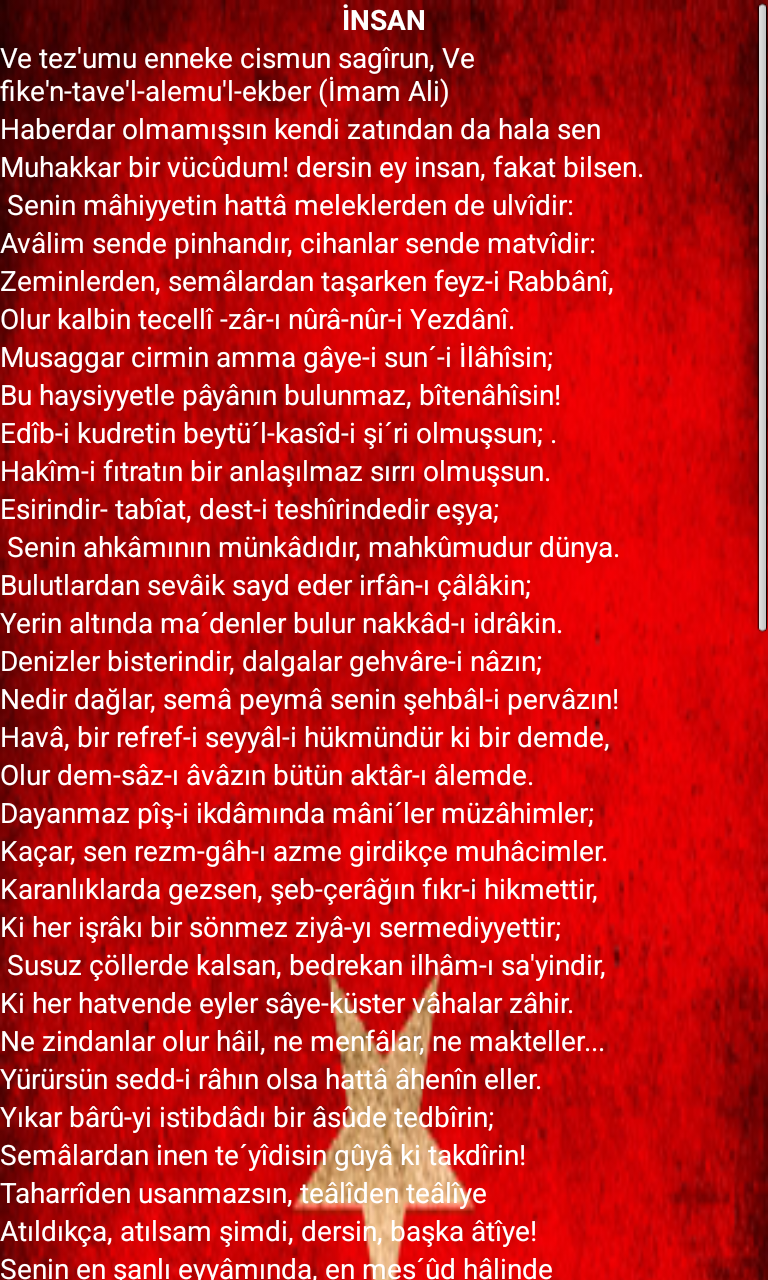
Repository: dokayazilim/Safahat-Android--Uygulamasi
Layout: safahat(android)/Safahat/res/layout/kitap17.xml
These files come from the project's save history. The layout is drawn as it stood at one moment and after the next save; the edit follows.
It is drawn on a 768 x 1280 px phone screen (xhdpi) without system bars, with theme android:Theme; the app's code is not run.

Above is the layout before, as saved 2012-09-06 16:01:06.

After the next save:
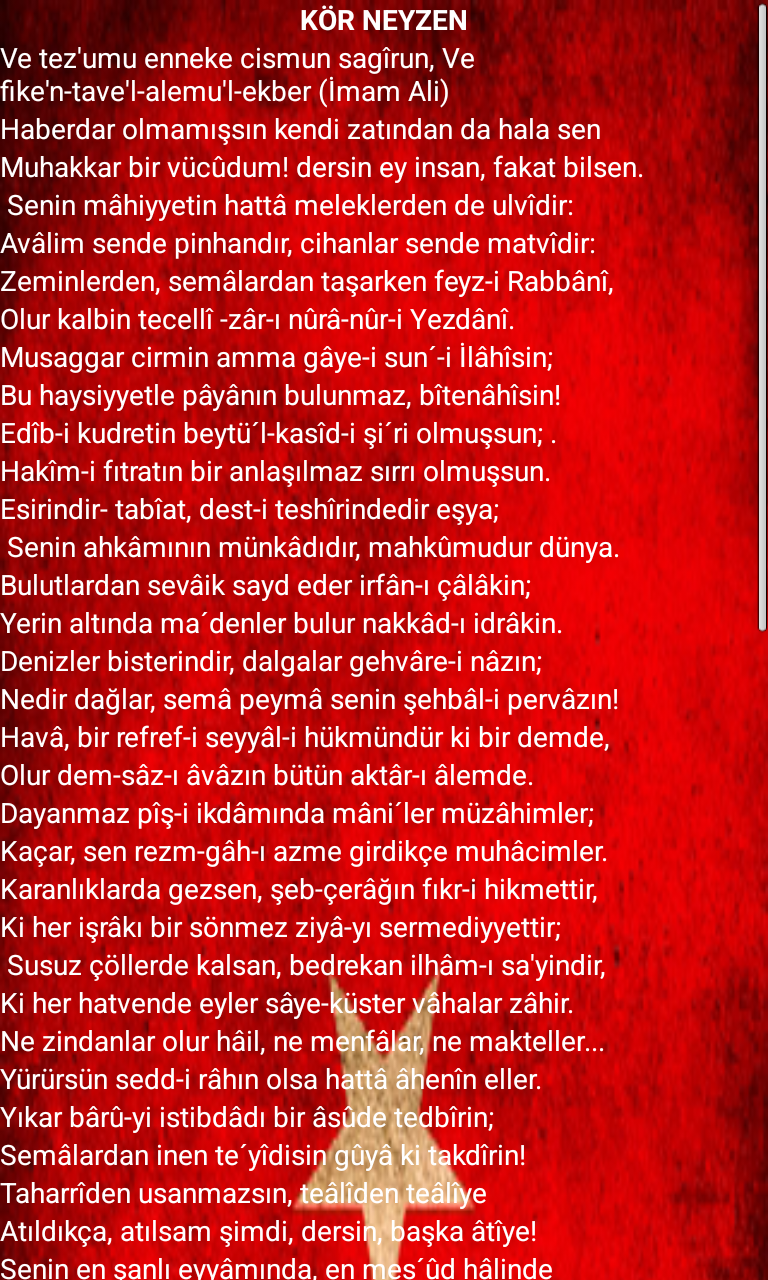
Saved 19 s later.
--- a/safahat(android)/Safahat/res/layout/kitap17.xml
+++ b/safahat(android)/Safahat/res/layout/kitap17.xml
@@ -9,7 +9,7 @@
         android:id="@+id/textView1"
         android:layout_width="wrap_content"
         android:layout_height="wrap_content"
-        android:text="İNSAN" android:textColor="#ffffff" android:textStyle="bold" android:layout_gravity="center"/>
+        android:text="KÖR NEYZEN" android:textColor="#ffffff" android:textStyle="bold" android:layout_gravity="center"/>
 <TextView
         android:id="@+id/textView2"
         android:layout_width="wrap_content"
